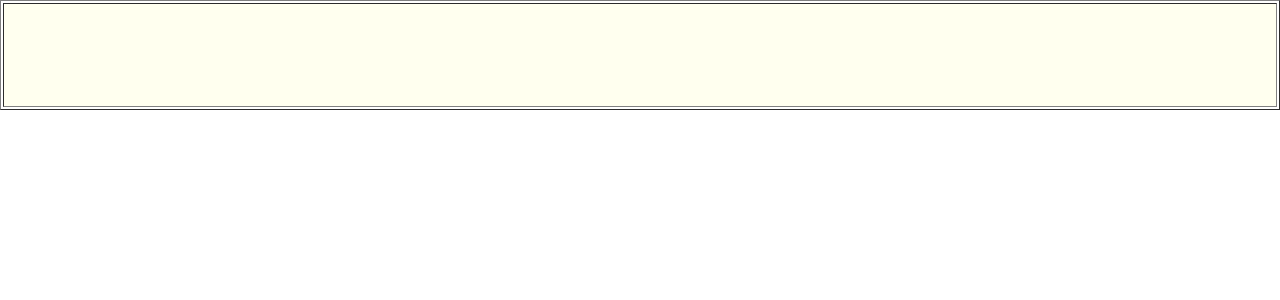
Repository: CHANGMAN-LEE/Java_ee
Page: workspace/test/WebContent/test/index.html
These files come from the project's save history. The page is drawn as it stood at one moment and after the next save; the edit follows.
The browser window is 1280 px wide. The pictures show the whole page.

Above is the page before, as saved 2020-07-09 05:45:33.

### workspace/test/WebContent/test/index.html
<!DOCTYPE html>
<html>
<head>
<meta charset="EUC-KR">
<title>Insert title here</title>
</head>
<body marginheight="0" marginwidth="0">
<table style="width: 100%; height: 100%" border="1">
	<tr>
		<td height="100" colspan="2" align="center" style="background-color:#FFFFEBCD"><jsp:include page="../template/top.jsp"></jsp:include></td>
	</tr>
</table>
</body>
</html>

After the next save:
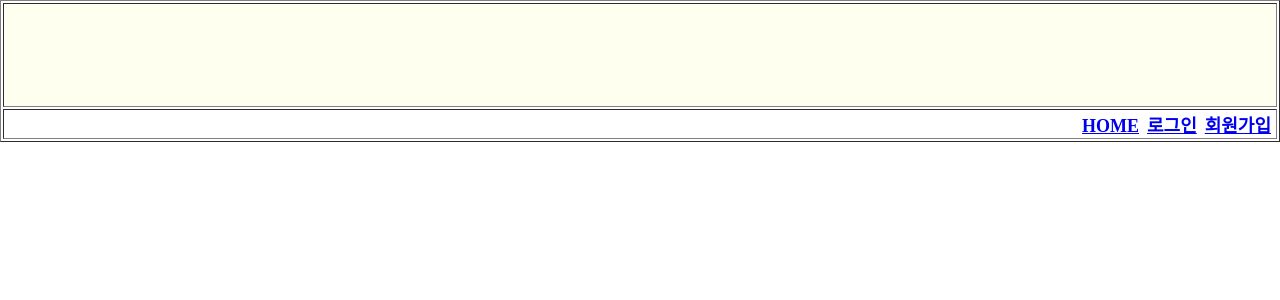
Saved 86 s later.
--- a/workspace/test/WebContent/test/index.html
+++ b/workspace/test/WebContent/test/index.html
@@ -7,7 +7,14 @@
 <body marginheight="0" marginwidth="0">
 <table style="width: 100%; height: 100%" border="1">
 	<tr>
-		<td height="100" colspan="2" align="center" style="background-color:#FFFFEBCD"><jsp:include page="../template/top.jsp"></jsp:include></td>
+		<td height="100" colspan="2" align="center" style="background-color:#FFFFEBCD">
+			<tr>
+				<td align="right">
+					<a href="../test/index.jsp"><font size="4"><strong>HOME</strong></font></a>&nbsp;
+					<a href="../test/loginForm.jsp"><font size="4"><strong>로그인</strong></font></a>&nbsp;
+					<a href="../test/writeForm.jsp"><font size="4"><strong>회원가입</strong></font></a>&nbsp;
+			</tr>
+		</td>
 	</tr>
 </table>
 </body>
